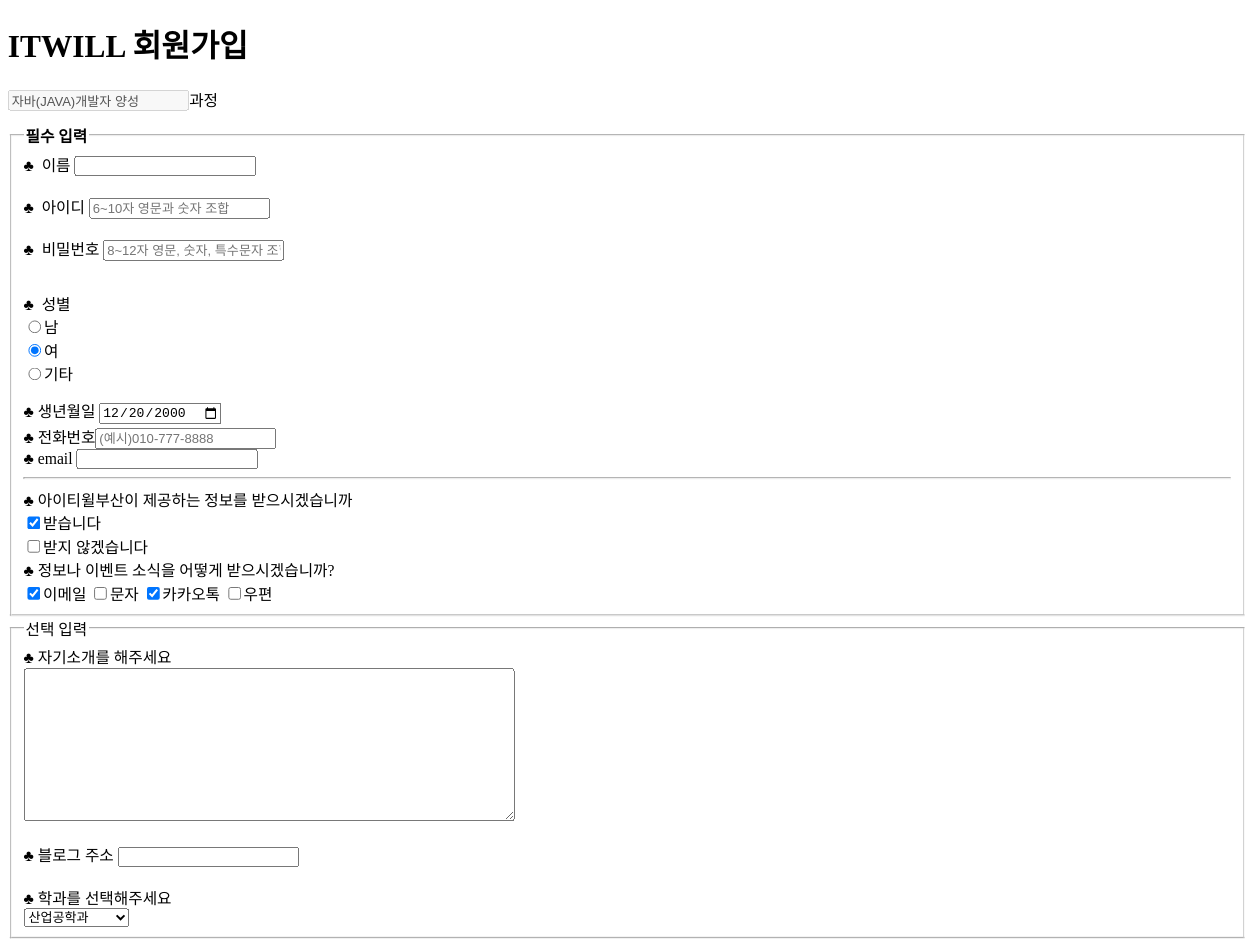
Repository: ReadStar/Web
Page: Html/html5/WebContent/form-test.html
An editor plug-in stored every save of this project. The page is shown before and after the next save, followed by the edit.
The browser window is 1280 px wide. The pictures show the whole page, at 98% of full size.

Above is the page before, as saved 2020-08-13 11:58:40.

After the next save:
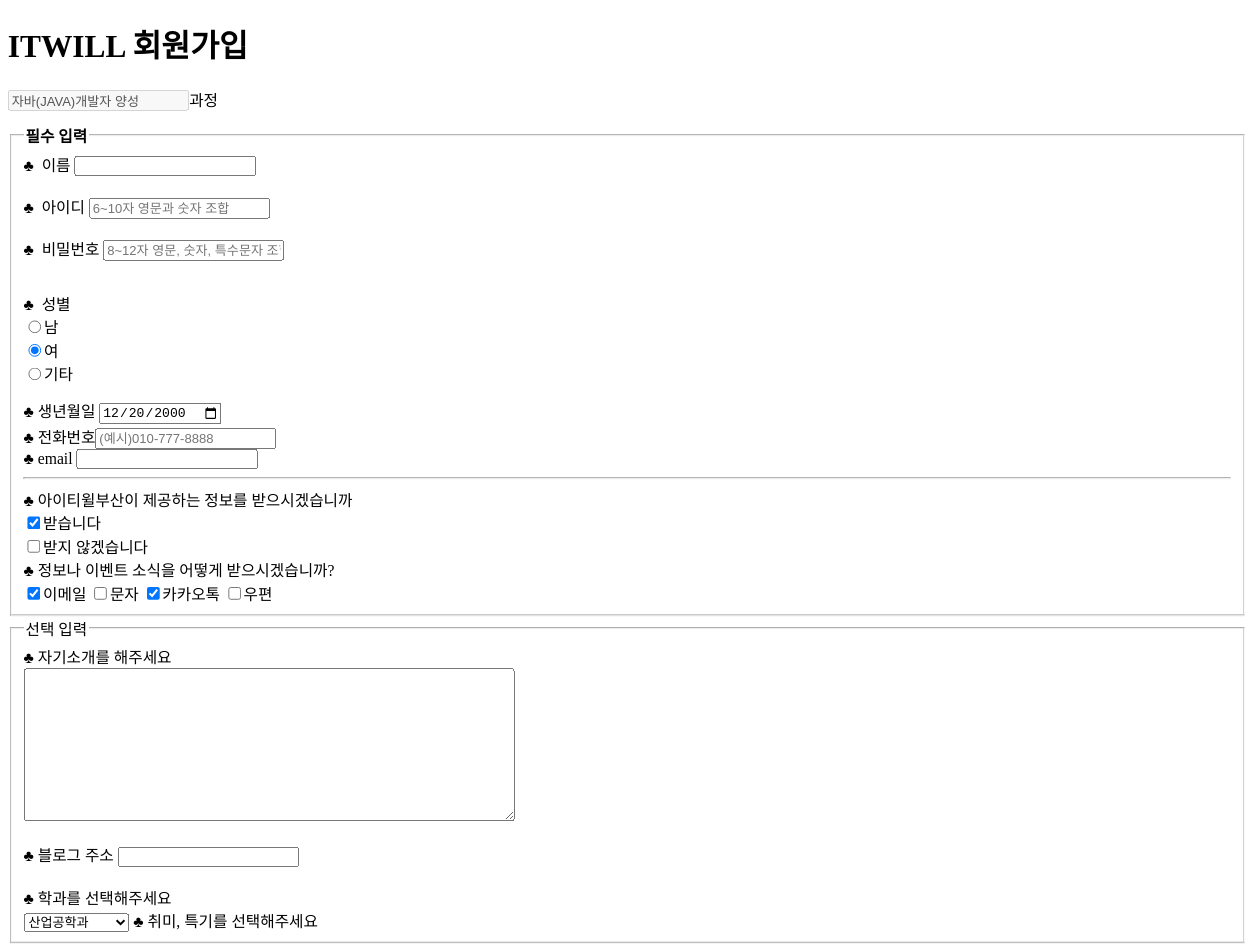
Saved 13 s later.
--- a/Html/html5/WebContent/form-test.html
+++ b/Html/html5/WebContent/form-test.html
@@ -46,6 +46,7 @@
 <option>전기전자공학과</option>
 <option>건축공학과</option>
 </select>
+<b>♣</b>&nbsp;취미, 특기를 선택해주세요<br>
 
 
 
